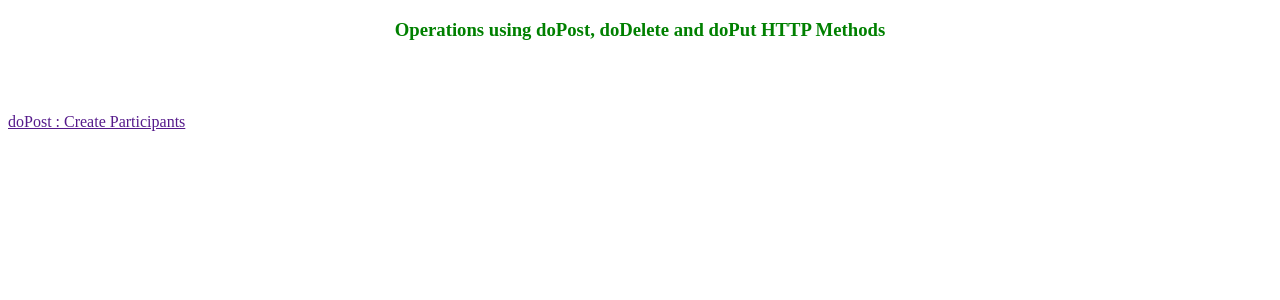
Repository: aparadamx/MavenServletJSP
Page: GymWebApp/src/main/webapp/index.html
These files come from the project's save history. The page is drawn as it stood at one moment and after the next save; the edit follows.
The browser window is 1280 px wide. The pictures show the whole page.

Above is the page before, as saved 2024-09-05 08:06:46.

After the next save:
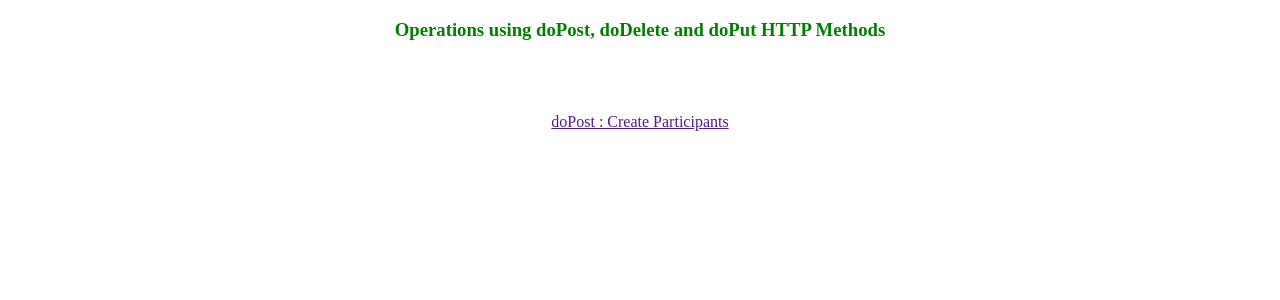
Saved 40 s later.
--- a/GymWebApp/src/main/webapp/index.html
+++ b/GymWebApp/src/main/webapp/index.html
@@ -9,7 +9,7 @@
 		<h3 style="text-align:center ; color:green">Operations using doPost, doDelete and doPut HTTP Methods</h3><br><br><br>
 	</div>
 
-	<div>
+	<div style="text-align:center">
 		<a href="">doPost : Create Participants</a><br>
 	</div>
 
